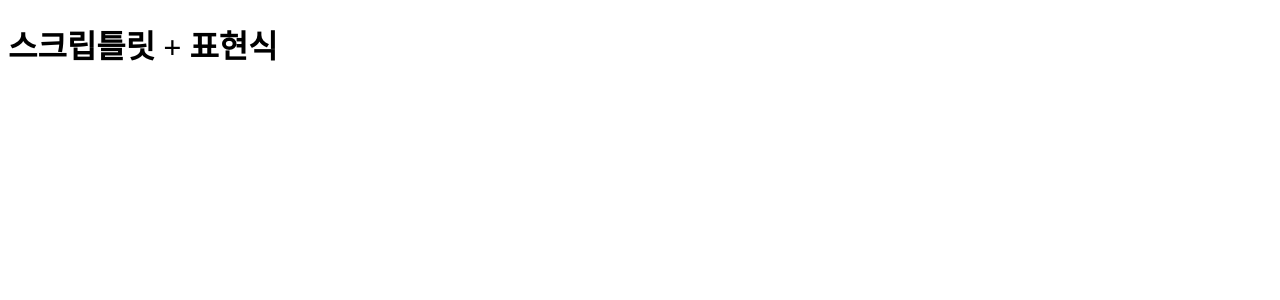
Repository: zzzzzzin/Server_Class
Page: http://localhost/JSPTest/ex06_script.jsp
The author's editor kept a copy of each file at every save. The page is drawn from the files as they stood at one save, then again after the next save.
The browser window is 1280 px wide. The pictures show the whole page.
The page is served by Tomcat 9.

Above is the page before, as saved 2024-04-01 06:40:36.

### JSPTest/src/main/webapp/ex06_script.jsp
<%@ page language="java" contentType="text/html; charset=UTF-8"
    pageEncoding="UTF-8"%>
<!DOCTYPE html>
<html>
<head>
<meta charset="UTF-8">
<title>Insert title here</title>
</head>
<body>
	<%-- <% int a = 10; %> --%>
	<%
		//Connection conn;
		//PrepardeStatement stat
		//ResultSet rs;
		//rs.getString("name")
	%>

	<h1>스크립틀릿 + 표현식</h1>

</body>
</html>

After the next save:
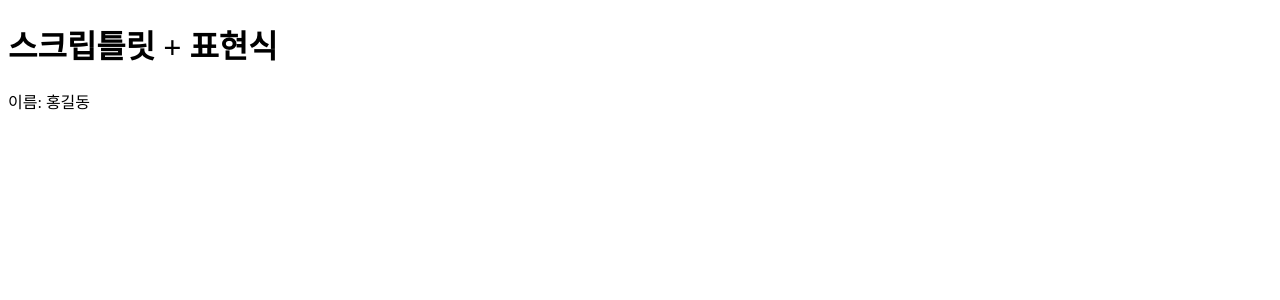
Saved 3 min 8 s later.
--- a/JSPTest/src/main/webapp/ex06_script.jsp
+++ b/JSPTest/src/main/webapp/ex06_script.jsp
@@ -1,5 +1,16 @@
 <%@ page language="java" contentType="text/html; charset=UTF-8"
     pageEncoding="UTF-8"%>
+	<%
+		//이 비즈니스 코드는 java코드와 섞어 작성 x => 보통 상단에 작성
+		//Connection conn;
+		//PrepardeStatement stat
+		//ResultSet rs;
+		//rs.getString("name")
+
+		String name = "홍길동";
+		int age = 20;
+
+	%>
 <!DOCTYPE html>
 <html>
 <head>
@@ -8,14 +19,10 @@
 </head>
 <body>
 	<%-- <% int a = 10; %> --%>
-	<%
-		//Connection conn;
-		//PrepardeStatement stat
-		//ResultSet rs;
-		//rs.getString("name")
-	%>
 
 	<h1>스크립틀릿 + 표현식</h1>
 
+	<div>이름: <%=name %> </div>
+
 </body>
 </html>
